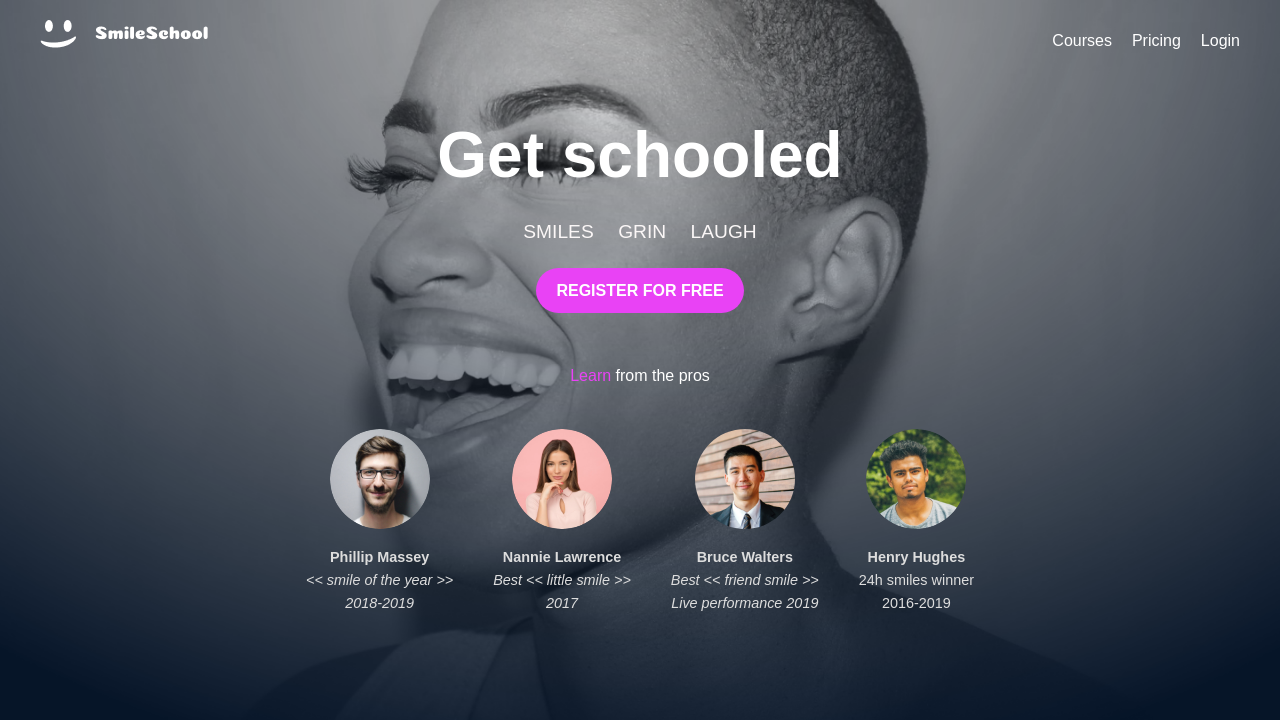
Repository: Patience225/alx_html_css
Page: css_advanced/index.html
An editor plug-in stored every save of this project. The page is shown before and after the next save, followed by the edit.
The browser window is 1280 px wide. The pictures show the whole page.

Above is the page before, as saved 2025-01-03 21:52:34.

After the next save:
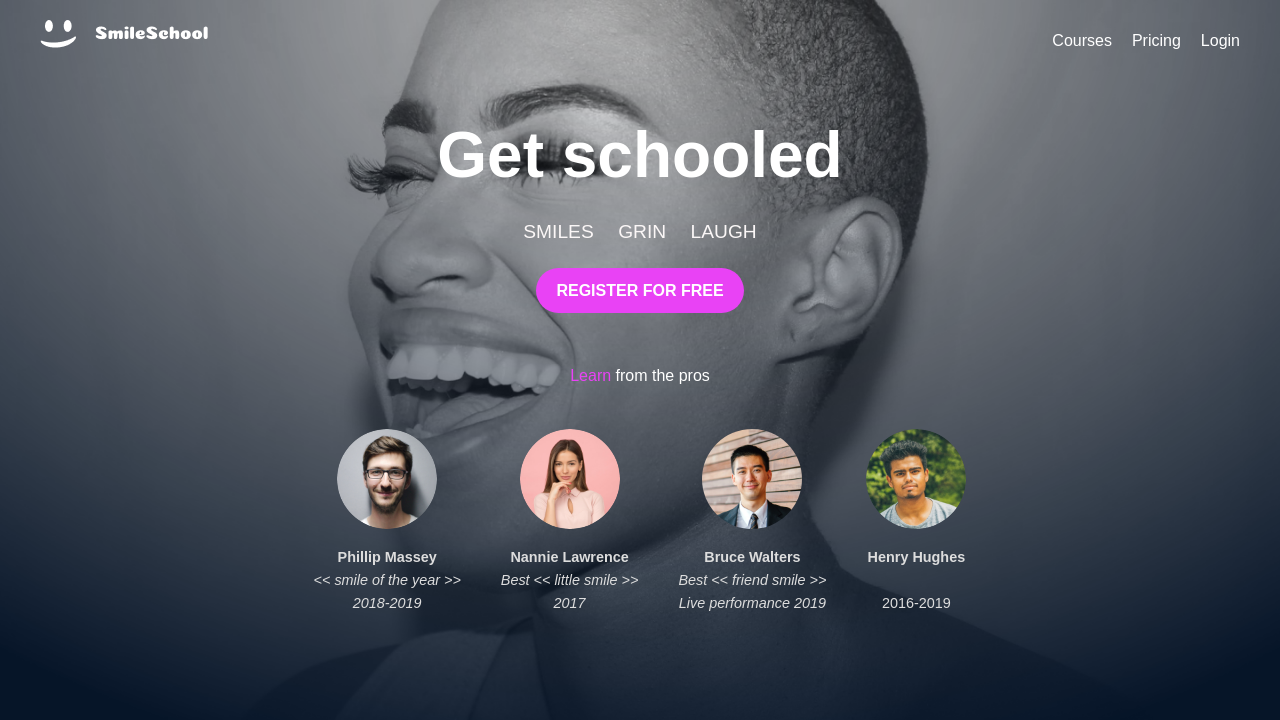
Saved 18 s later.
--- a/css_advanced/index.html
+++ b/css_advanced/index.html
@@ -46,7 +46,7 @@
             </div>
             <div class="profile">
                 <img src="images/Henry Hughes.png" alt="Henry Hughes">
-                <p><strong>Henry Hughes</strong><br>24h smiles winner<br>2016-2019</p>
+                <p><strong>Henry Hughes</strong><br><br>2016-2019</p>
             </div>
         </div>
     </section>

After the 3 saves that followed:
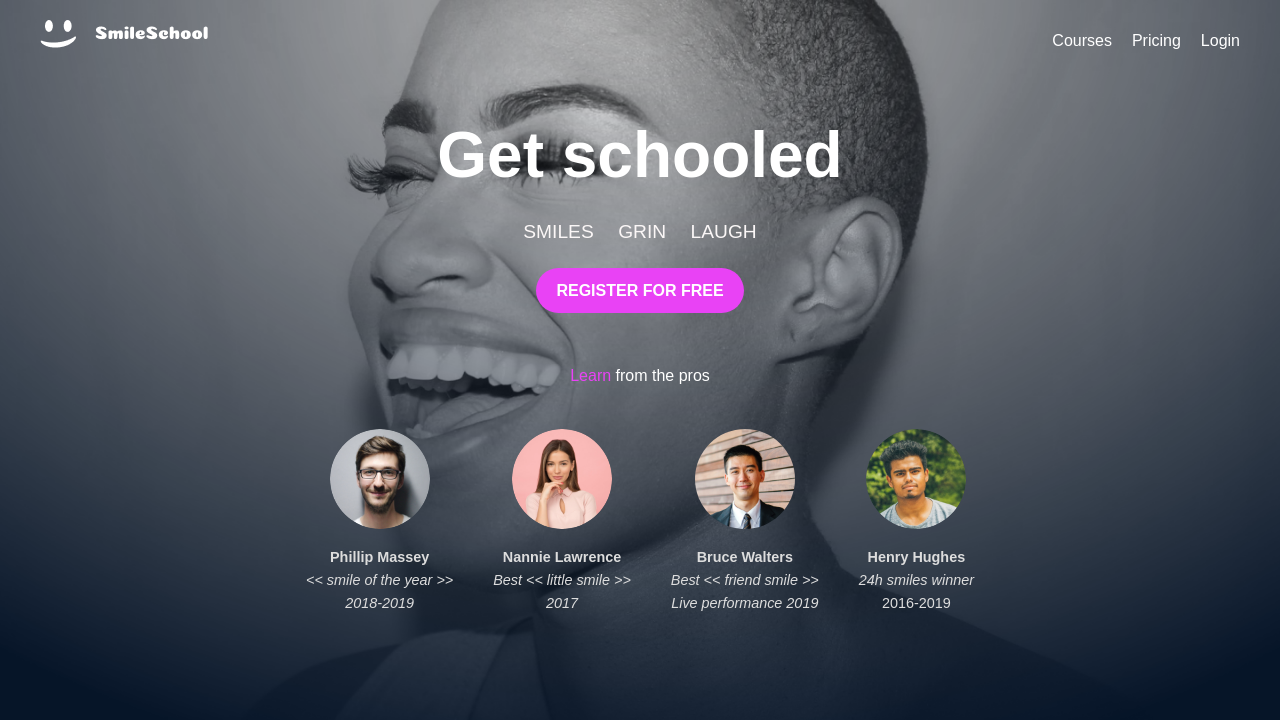
The 3 saves are shown as one change because they came seconds apart.
The last was saved 8 s later.
--- a/css_advanced/index.html
+++ b/css_advanced/index.html
@@ -46,7 +46,7 @@
             </div>
             <div class="profile">
                 <img src="images/Henry Hughes.png" alt="Henry Hughes">
-                <p><strong>Henry Hughes</strong><br><br>2016-2019</p>
+                <p><strong>Henry Hughes</strong><br><em>24h smiles winner</em><br>2016-2019</p>
             </div>
         </div>
     </section>
